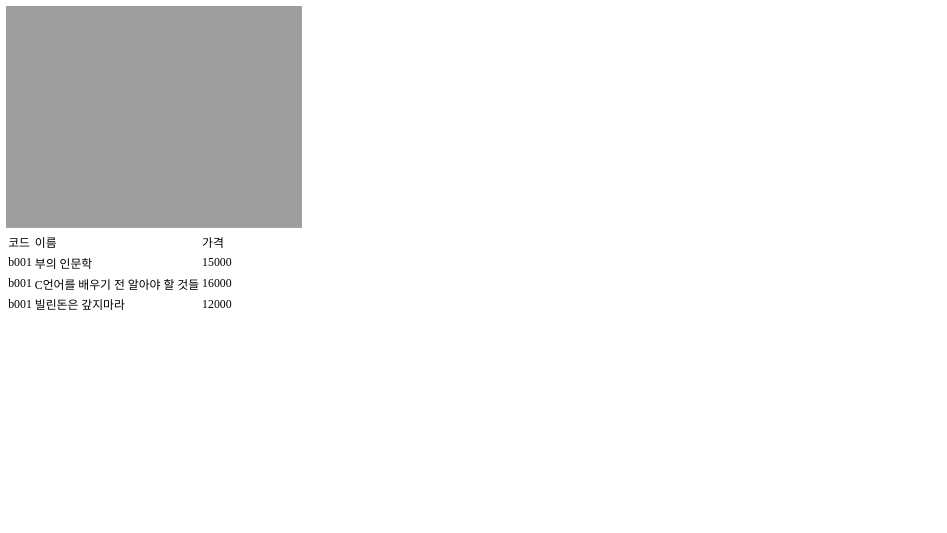
Repository: nobley3/EclipseIDE
Page: http://localhost/ELprj0908/jstl5
These files come from the project's save history. The page is drawn as it stood at one moment and after the next save; the edit follows.
The browser window is 1280 px wide. The pictures show the whole page, at 74% of full size.
The page is served by Tomcat 9. Other server files are loaded and not shown.

Above is the page before, as saved 2023-09-08 03:37:05.

### ELprj0908/src/main/webapp/WEB-INF/views/jstl5.jsp
<%@ page language="java" contentType="text/html; charset=UTF-8"
	pageEncoding="UTF-8"%>
<%@ taglib uri="http://java.sun.com/jsp/jstl/core" prefix="c"%>
<!DOCTYPE html>
<html>
<head>
<meta charset="UTF-8">
<title>Insert title here</title>
</head>
<body>
<%String path = request.getContextPath(); %>

	<img src="<%=path%>">
	<img src="">
	<img src="">

	<table>
		<tr>
			<td>코드</td>
			<td>이름</td>
			<td>가격</td>
		</tr>

		<c:forEach var="book" items="${books}">
			<tr>
				<td>${book.code}</td>
				<!-- getter쓰고있는거임 -->
				<td>${book.name}</td>
				<td>${book.price}</td>

			</tr>
		</c:forEach>
	</table>
</body>
</html>

### ELprj0908/src/main/java/elprj/Jstl5.java
package elprj;

import java.io.IOException;
import java.util.ArrayList;

import javax.servlet.ServletException;
import javax.servlet.annotation.WebServlet;
import javax.servlet.http.HttpServlet;
import javax.servlet.http.HttpServletRequest;
import javax.servlet.http.HttpServletResponse;
@WebServlet("/jstl5")
public class Jstl5 extends HttpServlet {
	@Override
	protected void doGet(HttpServletRequest req, HttpServletResponse resp) throws ServletException, IOException {

		ArrayList<Book> books = new ArrayList<>();
		books.add(new Book("b001","부의 인문학",15000));
		books.add(new Book("b001","C언어를 배우기 전 알아야 할 것들",16000));
		books.add(new Book("b001","빌린돈은 갚지마라",12000));

		req.setAttribute("books", books);
		req.getRequestDispatcher("WEB-INF/views/jstl5.jsp").forward(req, resp);
	}
}

### ELprj0908/src/main/java/elprj/Book.java
package elprj;

public class Book {

	String code;
	String name;
	int price;

	public Book() {
		// TODO Auto-generated constructor stub
	}

	public Book(String code, String name, int price) {
		super();
		this.code = code;
		this.name = name;
		this.price = price;
	}

	public String getCode() {
		return code;
	}

	public void setCode(String code) {
		this.code = code;
	}

	public String getName() {
		return name;
	}

	public void setName(String name) {
		this.name = name;
	}

	public int getPrice() {
		return price;
	}

	public void setPrice(int price) {
		this.price = price;
	}

	@Override
	public String toString() {
		return "Book [code=" + code + ", name=" + name + ", price=" + price + "]";
	}


}

After the next save:
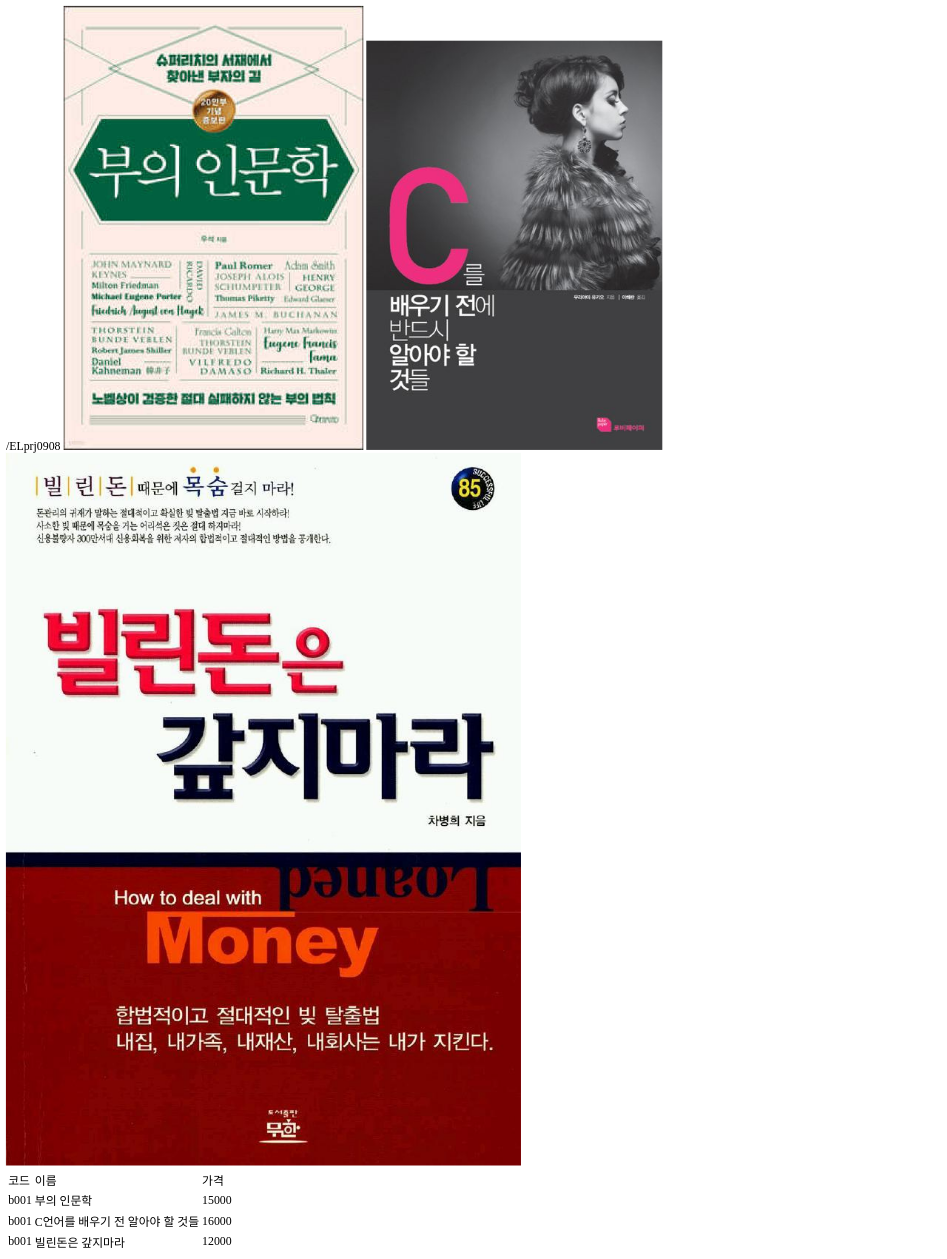
Saved 43 s later.
--- a/ELprj0908/src/main/webapp/WEB-INF/views/jstl5.jsp
+++ b/ELprj0908/src/main/webapp/WEB-INF/views/jstl5.jsp
@@ -9,10 +9,12 @@
 </head>
 <body>
 <%String path = request.getContextPath(); %>
+<%=path %>
 
-	<img src="<%=path%>">
-	<img src="">
-	<img src="">
+	<img src="<%=path%>/img/부의인문학.jpg">
+	<img src="<%=path%>/img/b2.jpg">
+	<img src="<%=path%>/img/b3.jpg">
+
 
 	<table>
 		<tr>
